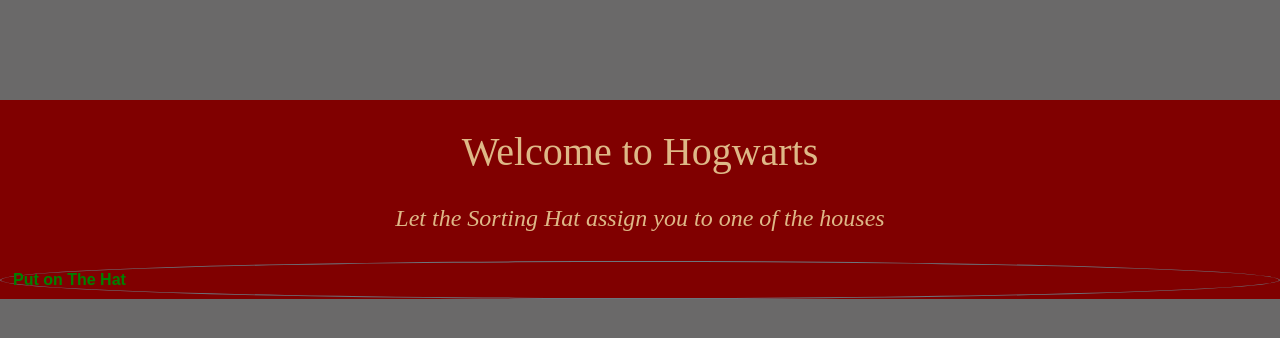
Repository: fernandabenavides618nash/INDIVIDUAL-PROJECT-sorting-hat
Page: index.html
An editor plug-in stored every save of this project. The page is shown before and after the next save, followed by the edit.
The browser window is 1280 px wide. The pictures show the whole page.

Above is the page before, as saved 2023-05-04 14:46:10.

After the next save:
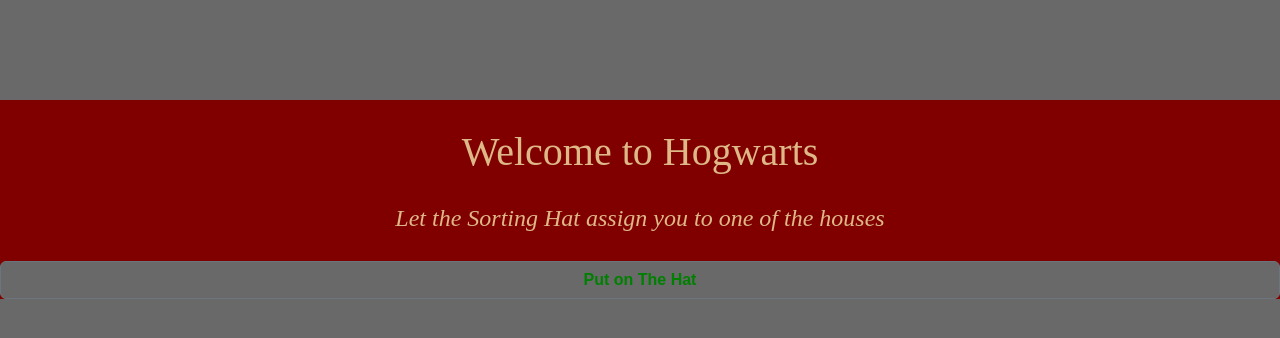
Saved 39 s later.
--- a/main.css
+++ b/main.css
@@ -31,7 +31,5 @@
   color: green;
   font-family: sans-serif;
   font-weight: bolder;
-  border-radius: 50%;
-  display:flex;
-  align-content: space-around;
+  background-color:dimgrey
 }
